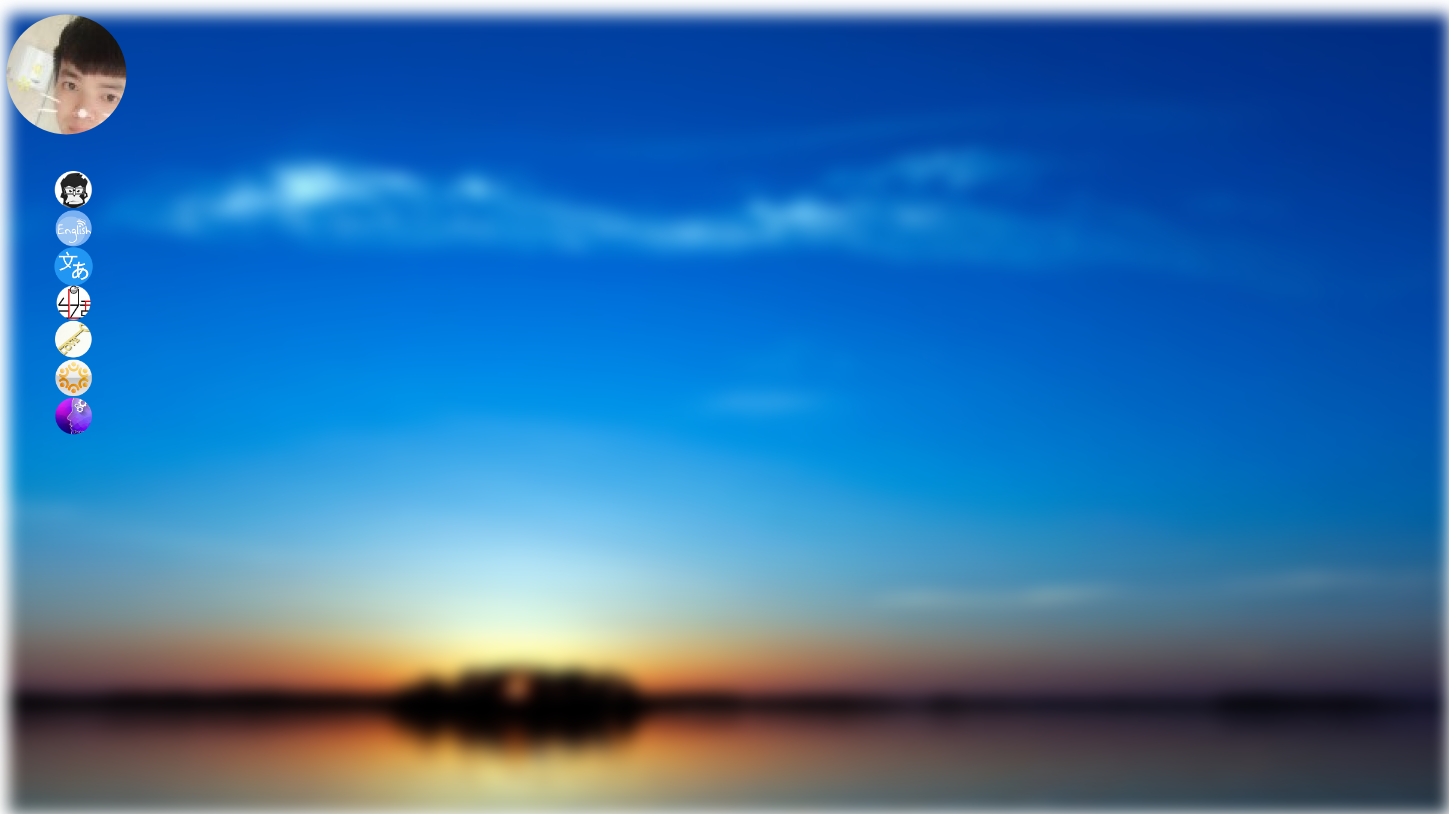
Repository: lidasi/monkeyLife
Page: http://localhost/monkeyLife/jsp/menubar.jsp
An editor plug-in stored every save of this project. The page is shown before and after a run of saves, followed by the edit.
The browser window is 1280 px wide. The page is 1811 px wide, so the pictures cover 1811 px, including what lies to the right of the window. The pictures show the whole page, at 80% of full size.
The page is served by Tomcat 9.

Above is the page before, as saved 2017-07-13 09:14:51.

### workSpeaces/monkeyLife/WebContent/jsp/menubar.jsp
<%@ page language="java" contentType="text/html; charset=UTF-8"
    pageEncoding="UTF-8"%>
<!DOCTYPE html PUBLIC "-//W3C//DTD HTML 4.01 Transitional//EN" "http://www.w3.org/TR/html4/loose.dtd">
<html>
<head>
<meta http-equiv="Content-Type" content="text/html; charset=UTF-8">
<link rel="stylesheet" type="text/css" media="screen" href="../css/menu.css">
    <script type="text/javascript" src="../js/jquery.min.js"></script>
    <script type="text/javascript" src="../js/fisheye-iutil.min.js"></script>
    <script type="text/javascript" src="../js/jquery.jqDock.min.js"></script>
    <script type="text/javascript">
        $(function(){
        	 var height = 1000;
             var width = 1800;
             $("#menuImage").height(height).width(width);

            var jqDockOpts = {align: 'left', duration: 200, labels: 'tc', size: 48, distance: 85};
            $('#jqDock').jqDock(jqDockOpts);
        });
    </script>
</head>
<body>
	<div id="menuRelative">
		<div id="menuImage">
		</div>
		<div id="headPortrait"></div>
		<div id="dockContainer">
		    <ul id="jqDock">
		        <li><a class="img-circle" href="#"><img src="../image/dock/monkey.png"   alt="Home" title="猿生活&nbsp;" /></a></li>
		        <li><a class="img-circle" href="#"><img src="../image/dock/English.png"  alt="Contact" title="EnglishStudy&nbsp;" /></a></li>
		        <li><a class="img-circle" href="#"><img src="../image/dock/Japanese.png"  alt="portfolio" title="日本語の勉強&nbsp;" /></a></li>
		        <li><a class="img-circle" href="#"><img src="../image/dock/Life.png"  alt="music" title="日常生活&nbsp;Examples" /></a></li>
		        <li><a class="img-circle" href="#"><img src="../image/dock/Feeling.png"  alt="video" width="128" title="感情写照" /></a></li>
		        <li><a class="img-circle" href="#"><img src="../image/dock/Contacts.png"  alt="history" width="128" title="脉络抒写" /></a></li>
		        <li><a class="img-circle" href="#"><img src="../image/dock/Memory.png"  alt="calendar" width="128" title="记忆珍藏" /></a></li>
		    </ul>
		</div><!-- end div #dockContainer -->
	</div>

</body>
</html>

### workSpeaces/monkeyLife/WebContent/css/menu.css
@CHARSET "UTF-8";
#menuRelative{position:relative;
	width:200px;
	height:100%}
#menuImage{
	position:absolute;
	left:3px;
	top:10px;
/*    border: 1px solid #CCCCCC;
    padding:90px 5px 10px;*/
    background: url("../image/dock/backgroundImage.jpg") no-repeat;
    background-size: cover;
    -webkit-filter: blur(10px);
    -ms-filter: blur(10px);
    filter: progid:DXImageTransform.Microsoft.Blur(PixelRadius=10, MakeShadow=false);
    animation:mymove 5s infinite;
    -webkit-animation:mymove 5s infinite;
}
 @keyframes mymove
{
    0%   {top:10px; background:url("../image/dock/backgroundImage.jpg"); position:absolute;}
    50% {top:10px; background:url("../image/dock/background_001.jpg"); position:absolute;}
    100% {top:10px; background:url("../image/dock/backgroundImage.jpg"); position:absolute;}
}

@-webkit-keyframes mymove
{
    0%   {top:0px; background:url("../image/dock/backgroundImage.jpg" position:absolute;);
    }
    50%   {top:0px; background:url("../image/dock/background_001.jpg" position:absolute;);
    }
    100% {top:0px; background:url("../image/dock/backgroundImage.jpg" position:absolute;);
    }
}
#headPortrait {
	width: 150px;
	height: 150px;
	position: absolute;
	background: url("../image/dock/headPortrait.jpg") no-repeat;
	border-radius:50%;
	margin:10px auto;
}
#dockContainer {
	position: absolute;
	top: 150px;
	left: 20px; }
#iframeDiv {
	position: fixed;
	top: 60px;
	left: 20px; }
#jqDock {
	position: relative;
	bottom: 48px; }
#jqDock li {
	list-style: none;
	margin-bottom: 0px }
.jqDockLabel {
	background: #333;
	color: #fff;
	padding: 3px 10px;
	-webkit-border-radius: 10px;
	-moz-border-radius: 10px;
}

Loaded but not shown: workSpeaces/monkeyLife/WebContent/js/jquery.min.js (library); workSpeaces/monkeyLife/WebContent/js/fisheye-iutil.min.js (library); workSpeaces/monkeyLife/WebContent/js/jquery.jqDock.min.js (library)

After the next 2 saves:
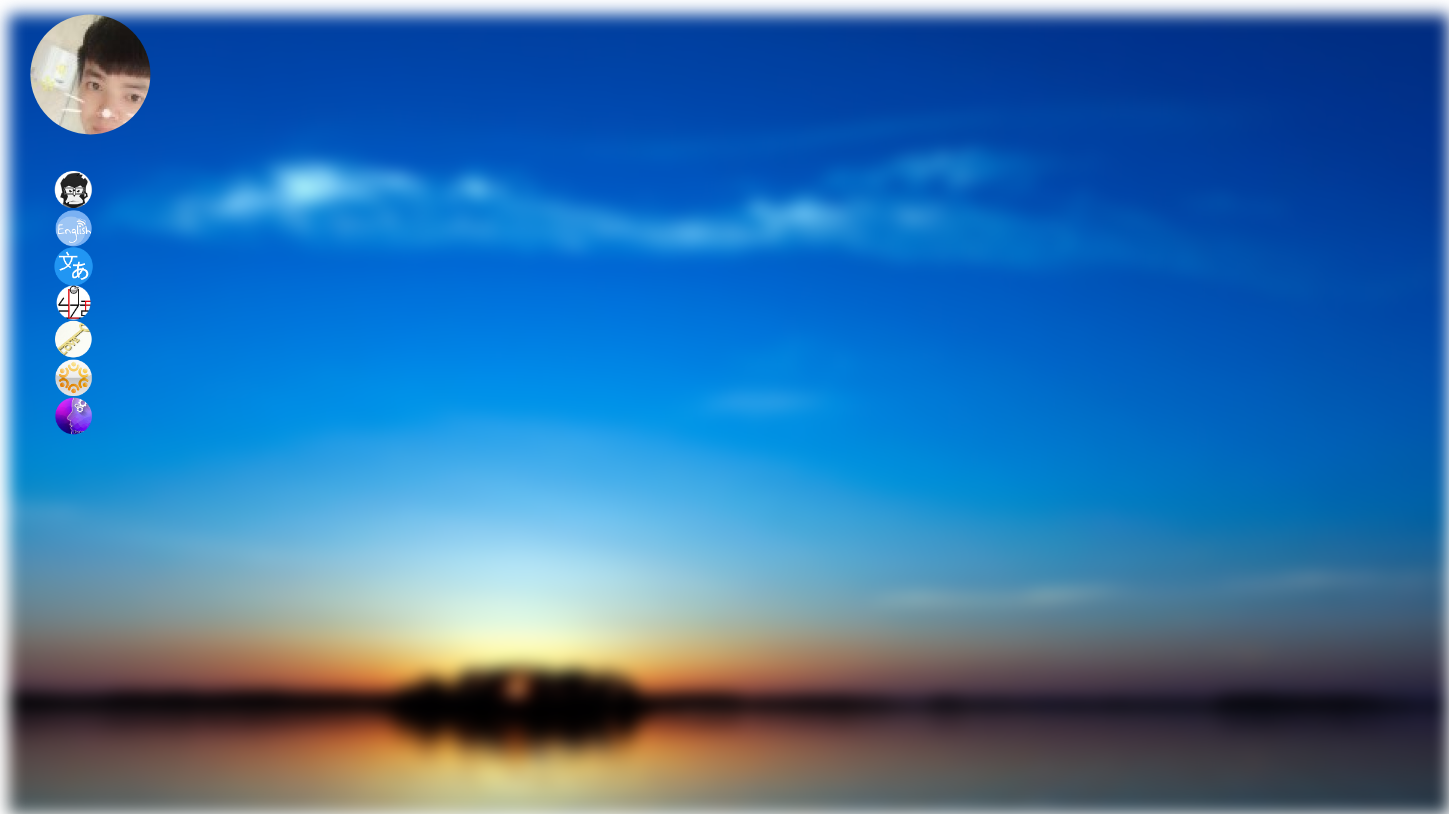
The 2 saves are shown as one change because they came seconds apart.
The last was saved 20 s later.
--- a/workSpeaces/monkeyLife/WebContent/css/menu.css
+++ b/workSpeaces/monkeyLife/WebContent/css/menu.css
@@ -33,6 +33,7 @@
     }
 }
 #headPortrait {
+	left: 30px;
 	width: 150px;
 	height: 150px;
 	position: absolute;
